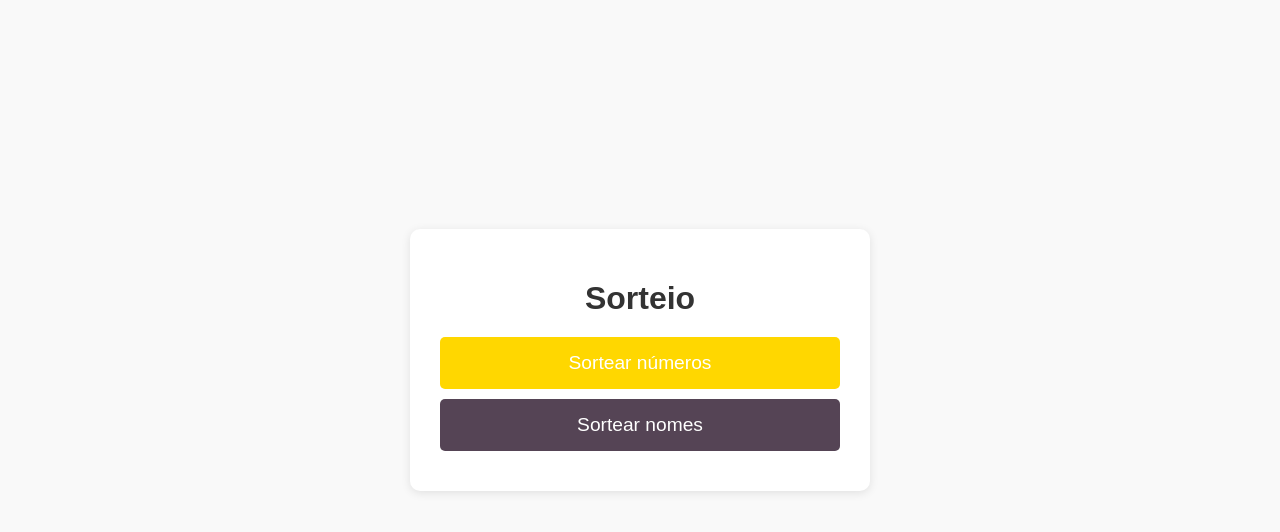
Repository: Matheus904-12/sorte
Page: index.html
The author's editor kept a copy of each file at every save. The page is drawn from the files as they stood at one save, then again after a run of saves.
The browser window is 1280 px wide. The pictures show the whole page.
The pointer rests on the first visible `.options a:last-child`.

Above is the page before, as saved 2023-09-10 19:28:24.

After the next 4 saves:
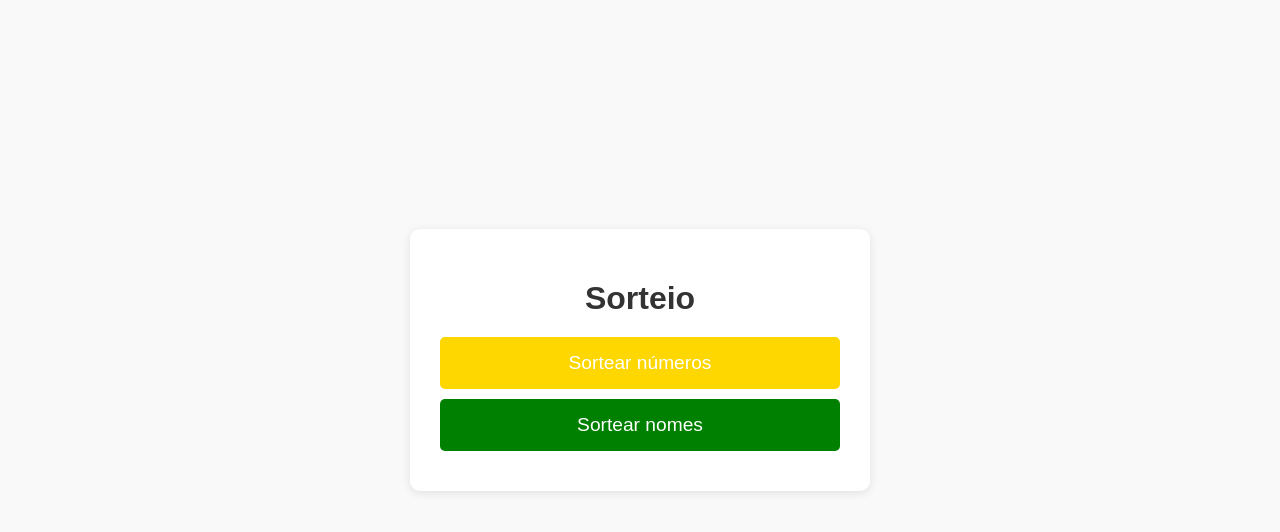
The 4 saves are shown as one change because they came seconds apart.
The last was saved 12 s later.
--- a/style.css
+++ b/style.css
@@ -45,7 +45,7 @@ h1 {
 }
 
 .options a:last-child:hover {
-  background-color: #545;
+  background-color: #0a5cc0a;
 }
 
 a.btn-secondary {
